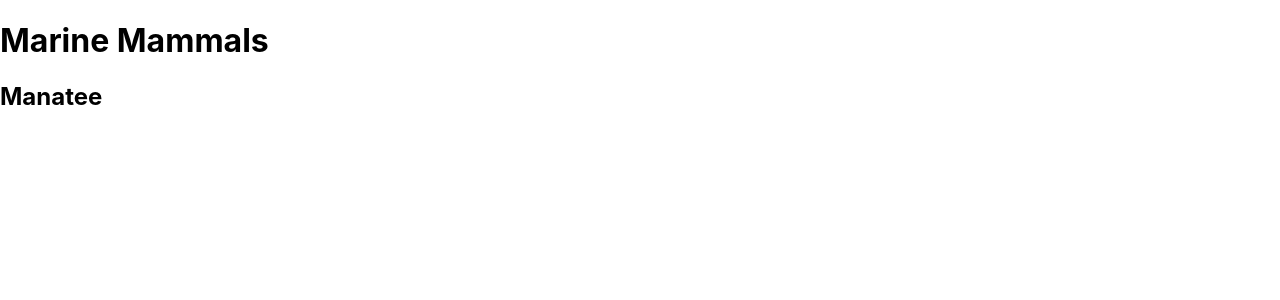
Repository: ThanhHien65/CIJS75
Page: / (app in Router/routing/)
These files come from the project's save history. The page is drawn as it stood at one moment and after a run of saves; the edit follows.
The browser window is 1280 px wide. The pictures show the whole page.
The project was rebuilt for these pictures with package versions that can differ from the ones it lists, and the page was loaded fresh each time. A package was used in the major version that the imports need, not the one package.json lists. Also part of the build but not shown: Router/routing/src/App.css.

Above is the page before, as saved 2022-07-07 14:48:37.

### Router/routing/src/App.js
import logo from "./logo.svg";
import "./App.css";
import Manatee from "./components/Manatee/Manatee";
import {
  BrowserRouter as Router,
  Switch,
  Route,
  Link,
  useRouteMatch,
  useParams,
} from "react-router-dom";
function App() {
  return (
    <div className="wrapper">
      <h1>Marine Mammals</h1>
      {/* <Manatee /> */}

      <Router>
        <Switch>
          <Route path="/">
            <Manatee />
          </Route>
        </Switch>
      </Router>
    </div>
  );
}

export default App;

### Router/routing/src/components/Manatee/Manatee.js
import React from "react";

export default function Manatee() {
  return <h2>Manatee</h2>;
}

Loaded but not shown: Router/routing/public/index.html (common file); Router/routing/src/index.js (common file); Router/routing/src/index.css (common file); Router/routing/src/reportWebVitals.js (common file)

After the next 2 saves:
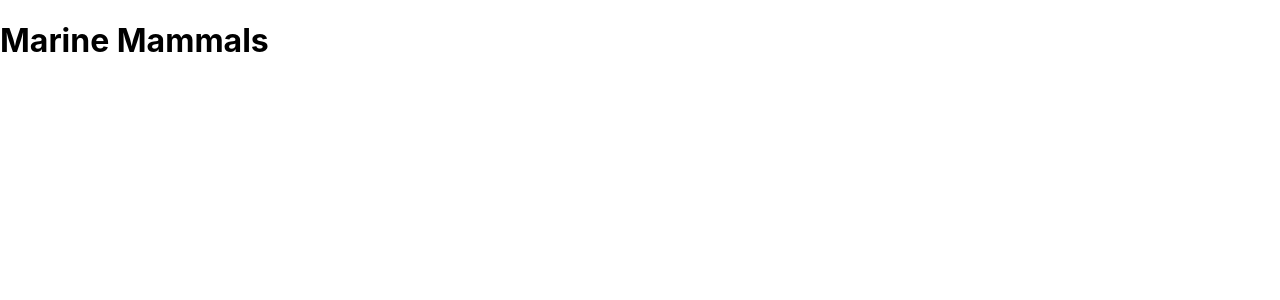
The 2 saves are shown as one change because they came seconds apart.
The last was saved 3 min 24 s later.
--- a/Router/routing/src/App.js
+++ b/Router/routing/src/App.js
@@ -17,9 +17,7 @@ function App() {
 
       <Router>
         <Switch>
-          <Route path="/">
-            <Manatee />
-          </Route>
+          <Route path="/"/>
         </Switch>
       </Router>
     </div>
